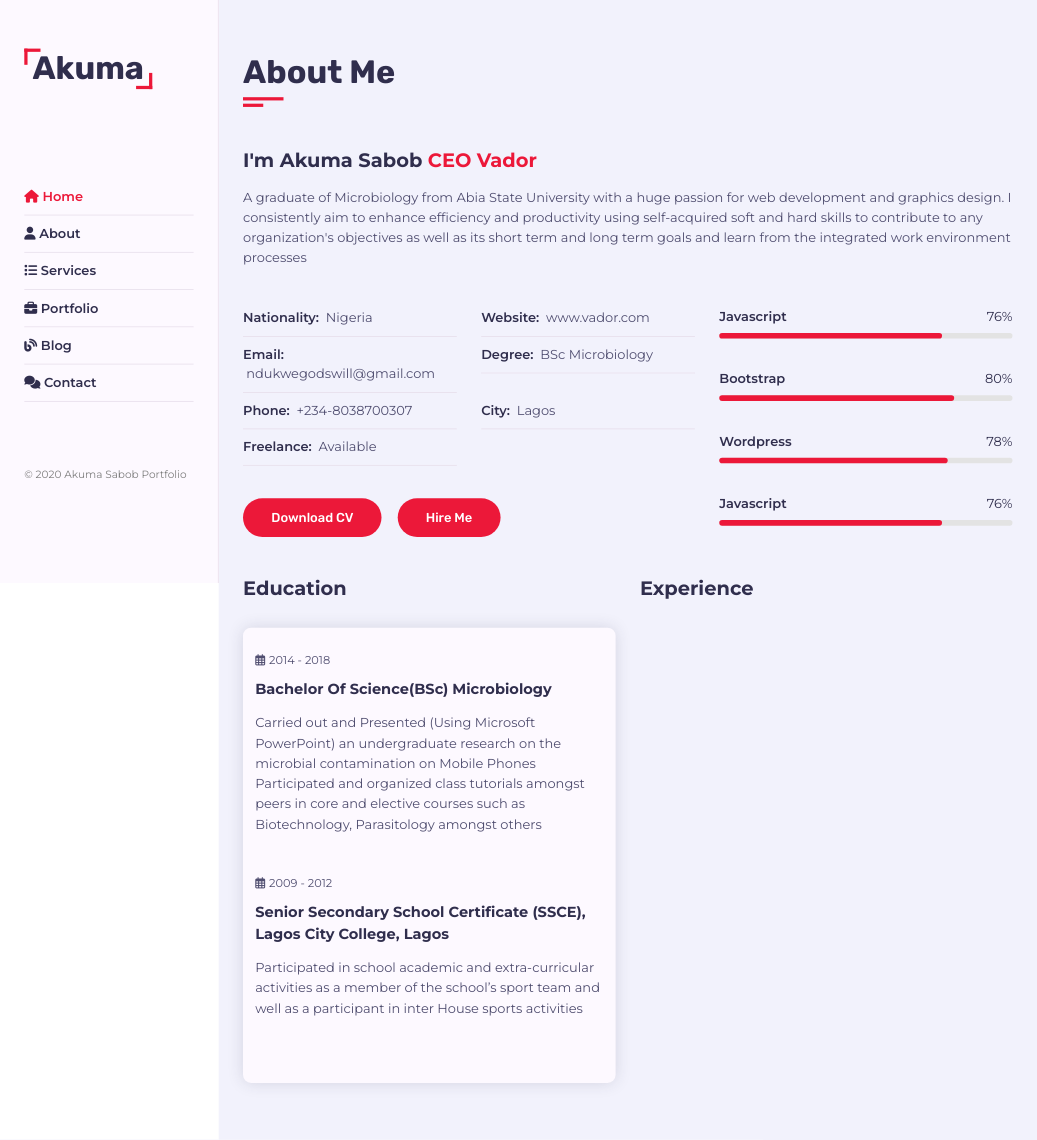
Repository: Akuma001/MY-Portfolio
Page: index.html
The author's editor kept a copy of each file at every save. The page is drawn from the files as they stood at one save, then again after the next save.
The browser window is 1280 px wide. The pictures show the whole page, at 81% of full size.
Some web libraries are served in a nearby version.

Above is the page before, as saved 2020-12-13 23:31:23.

### index.html
<!DOCTYPE html>
<html lang="en">
<head>
  <title>Akuma Sabob</title>
  <meta charset="utf-8">
  <meta name="viewport" content="width=device-width, initial-scale=1">
   <!-- Template css Files -->
	<link rel="stylesheet" href="./css/style.css" type="text/css">
  <link rel="stylesheet" href="./css/skins/pink.css" type="text/css">
  <!-------Favcon icon-------->
  <link href="./images/favicon.ico" rel="icon" type="image/x-icon" />
  <!------------Font-Awesome---------------->
  <script src="https://kit.fontawesome.com/bd6f97032f.js" crossorigin="anonymous"></script>
</head>
<body>
<!-----------Main------------->
<div class="main-container">
<!-----------Side------------->
  <div class="aside">
    <div class="logo">
      <a href="#">Akuma</a>
    </div>

     <!----------Nav toggler---------->
     <div class="nav-toggler">
       <span></span>
     </div>
     <!----------Nav toggler---------->

    <!----------Nav Bar---------->
    <ul class="nav">
      <li><a href="#" class="active"><i class="fa fa-home"></i> Home</a></li>
      <li><a href="#"><i class="fa fa-user"></i> About</a></li>
      <li><a href="#"><i class="fa fa-list"></i> Services</a></li>
      <li><a href="#"><i class="fa fa-briefcase"></i> Portfolio</a></li>
      <li><a href="#"><i class="fas fa-blog"></i> Blog</a></li>
      <li><a href="#"><i class="fa fa-comments"></i> Contact</a></li>
    </ul>
    <div class="copyright-text">
      &copy; 2020 Akuma Sabob Portfolio
    </div>

  </div>
<!-----------Side End------------->

<!-----------Main content------------->
  <div class="main-content">

    <section class="home section hidden">
      <div class="container">
        <div class="intro">
          <img src="./images/profile.jpg" alt="Profile" class="shadow-dark">
          <h1>Akuma Sabob</h1>
          <p>I'm a web-developer <br> I'm graphics designer</p>
          <div class="social-link">
            <a href="#"><i class="fa fa-twitter"></i></a>
            <a href="#"><i class="fa fa-instagram"></i></a>
            <a href="#"><i class="fa fa-linkedin"></i></a>
            <a href="#"><i class="fas fa-code-branch"></i></a>
          </div>
        </div>
      </div>
    </section>

    <!-----------About------------->

      <section class="about section">
        <div class="container">
          <div class="row">
            <div class="section-title padd-15">
              <h2>About Me</h2>
            </div>
          </div>
          <div class="row">
            <div class="about-content padd-15">
              <div class="row">
                <div class="about-text padd-15">
                  <h3>I'm Akuma Sabob <span> CEO Vador </span></h3>
                  <p>A graduate of Microbiology from Abia State University with a huge
                    passion for web development and graphics design. I consistently aim
                    to enhance efficiency and productivity using self-acquired soft and
                    hard skills to contribute to any organization's objectives as well as its
                    short term and long term goals and learn from the integrated work
                    environment processes</p>
                </div>
              </div>
              <div class="row">
                <div class="personal-info padd-15">
                  <div class="row">
                    <div class="info-item padd-15">
                      <p>Nationality: <span>Nigeria</span></p>
                    </div>
                    <div class="info-item padd-15">
                      <p>Website: <span>www.vador.com</span></p>
                    </div>
                    <div class="info-item padd-15">
                      <p>Email: <span>ndukwegodswill@gmail.com</span></p>
                    </div>
                    <div class="info-item padd-15">
                      <p>Degree: <span>BSc Microbiology</span></p>
                    </div>
                    <div class="info-item padd-15">
                      <p>Phone: <span>+234-8038700307</span></p>
                    </div>
                    <div class="info-item padd-15">
                      <p>City: <span>Lagos</span></p>
                    </div>
                    <div class="info-item padd-15">
                      <p>Freelance: <span>Available</span></p>
                    </div>
                  </div>
                  <div class="row">
                    <div class="buttons padd-15">
                      <a href="#" class="btn">Download CV</a>
                      <a href="#" class="btn">Hire Me</a>
                    </div>
                  </div>
                </div>
                <div class="skills padd-15">
                  <div class="row">
                    <div class="skill-item padd-15">
                      <h5>Javascript</h5>
                      <div class="progress">
                        <div class="progress-in" style="width: 76%;"></div>
                        <div class="skill-percent">76%</div>
                      </div>
                    </div>
                    <div class="skill-item padd-15">
                      <h5>Bootstrap</h5>
                      <div class="progress">
                        <div class="progress-in" style="width: 80%;"></div>
                        <div class="skill-percent">80%</div>
                      </div>
                    </div>
                    <div class="skill-item padd-15">
                      <h5>Wordpress</h5>
                      <div class="progress">
                        <div class="progress-in" style="width: 78%;"></div>
                        <div class="skill-percent">78%</div>
                      </div>
                    </div>
                    <div class="skill-item padd-15">
                      <h5>Javascript</h5>
                      <div class="progress">
                        <div class="progress-in" style="width: 76%;"></div>
                        <div class="skill-percent">76%</div>
                      </div>
                    </div>
                  </div>
                </div>
              </div>

              <div class="row">
                <div class="education padd-15">
                  <h3 class="title">Education</h3>
                  <div class="row">
                    <div class="timeline-box padd-15">
                    <div class="timeline shadow-dark">
                      <!-----------Timeline item------------->
                      <div class="timeline-item">
                        <div class="circle-dot"></div>
                          <h6 class="timeline-date">
                            <i class="far fa-calendar-alt"></i>2014 - 2018
                          </h6>
                          <h4 class="timeline-title">Bachelor of Science(BSc) Microbiology</h4>
                          <p class="timeline-text">
                            Carried out and Presented (Using Microsoft PowerPoint) an undergraduate research on
                            the microbial contamination on Mobile Phones <br>Participated and organized class tutorials
                            amongst peers in core and elective courses such as Biotechnology, Parasitology amongst others
                          </p>
                        </div>
                         <!-----------Timeline item End------------->
                         <!-----------Timeline item------------->
                      <div class="timeline-item">
                        <div class="circle-dot"></div>
                          <h6 class="timeline-date">
                            <i class="far fa-calendar-alt"></i>2009 - 2012
                          </h6>
                          <h4 class="timeline-title">Senior Secondary School Certificate (SSCE), Lagos City College, Lagos</h4>
                          <p class="timeline-text">
                            Participated in school academic and extra-curricular activities as a member of the school’s
                            sport team and well as a participant in inter House sports activities
                          </p>
                        </div>
                         <!-----------Timeline item End------------->
                      </div>
                    </div>
                  </div>
                </div>
                <div class="experience padd-15">
                    <h3 class="title">Experience</h3>
                </div>
              </div>

            </div>
          </div>
        </div>
      </section>

    <!-----------About End------------->
  </div>
<!-----------Main content End------------->
</div>
<!-----------Main------------->
</body>
</html>

### css/style.css

 /*Font Awesome Free Icon*/
 @import url("https://stackpath.bootstrapcdn.com/font-awesome/4.7.0/css/font-awesome.min.css");
 /*Google fonts*/
 @import url('https://fonts.googleapis.com/css?family=Montserrat:400,500,600,700&display=swap');
 @import url('https://fonts.googleapis.com/css?family=Rubik:500,700,900&display=swap');


body{
    margin: 0;
    line-height: 1.5;
    font-size: 16px;
    font-family: 'Montserrat', sans-serif;
    font-weight: 400;
}
*{
    margin: 0;
    padding: 0;
    outline: none;
    text-decoration: none;
    box-sizing: border-box;
}
::before, ::after{
    box-sizing: border-box;
}

.section{
    background-color: #f2f2fc;
    min-height: 100vh;
    display: block;
    padding: 0 30px;
}
.section .container{
    padding-top: 60px;
    padding-bottom: 70px;
}
.section-title{
    -ms-flex: 0 0 100%;
    flex: 0 0 100%;
    max-width: 100%;
    margin-bottom: 60px;
}
.section-title h2{
    font-size: 40px;
    color: #302e4d;
    font-family: 'Rubik', sans-serif;
    font-weight: 700;
    margin: 0;
    position: relative;
}
.section-title h2::before{
    content: '';
    height: 4px;
    width: 50px;
    position: absolute;
    top: 100%;
    left: 0;
}
.section-title h2::after{
    content: '';
    height: 4px;
    width: 25px;
    position: absolute;
    top: 100%;
    left: 0;
    margin-top: 8px;
}
.row{
    display: -ms-flexbox;
    display: flex;
    -ms-flex-wrap: wrap;
    flex-wrap: wrap;
    margin-right: -15px;
    margin-left: -15px;
    position: relative;
}
.padd-15{
    padding-left: 15px;
    padding-right: 15px;
}
.main-content{
    padding-left: 270px;
}

.container{
    max-width: 1100px;
    width: 100%;
    margin: auto;
}
.shadow-dark{
    -webkit-box-shadow: 0 0 20px rgba(48, 46, 77, 0.15);
    box-shadow: 0 0 20px rgba(48, 46, 77, 0.15);
}
.btn{
    font-size: 16px;
    font-family: 'Rubik', sans-serif;
    font-weight: 500;
    padding: 12px 35px;
    color: #ffffff;
    border-radius: 40px;
    -webkit-transition: all 0.3s ease;
    transition: all 0.3s ease;
    display: inline-block;
    white-space: nowrap;
}
.btn:hover{
    -webkit-transform: scale(1.05);
    transform: scale(1.05);
}
.hidden{
    display: none !important;
}

 /*    aside  */
 .aside{
     width: 270px;
     background-color: #fdf9ff;
     position: fixed;
     height: 100%;
     left: 0;
     top: 0;
     z-index: 10;
     border-right: 1px solid #e8dfec;
     padding: 30px;
 }


 .aside .logo{
    padding: 30px 0;
 }
 .aside .logo a{
     font-size: 40px;
     color: #302e4d;
     font-family: 'Rubik', sans-serif;
     font-weight: 700;
     text-decoration: none;
     display: inline-block;
     position: relative;
     padding: 0 10px;
     line-height: 50px;
 }
 .aside .logo a::before{
     content: '';
     height: 20px;
     width: 20px;
     position: absolute;
     top: 0;
     left: 0;
 }
 .aside .logo a::after{
    content: '';
    height: 20px;
    width: 20px;
    position: absolute;
    bottom: 0;
    right: 0;
 }
 .aside .nav-toggler{
     height: 40px;
     width: 45px;
     border: 1px solid #d4d4e3;
     cursor: pointer;
     position: fixed;
     left: 300px;
     top: 30px;
     z-index: 11;
     border-radius: 5px;
     background-color: #fdf9ff;
     /*
     display: -ms-flexbox;
     display: flex;
     */
     display: none;
     -ms-flex-align: center;
     align-items: center;
     -ms-flex-pack: center;
     justify-content: center;
 }
 .aside .nav-toggler span{
    height: 2px;
    width: 18px;
    display: inline-block;
    position: relative;
 }
 .aside .nav-toggler span::before{
     content: '';
     height: 2px;
     width: 18px;
     position: absolute;
     top: -6px;
     left: 0;
 }
 .aside .nav-toggler span::after{
    content: '';
    height: 2px;
    width: 18px;
    position: absolute;
    top: 6px;
    left: 0;
}
 .aside .nav{
    list-style: none;
     margin: 80px 0;
     padding: 0;
 }
 .aside .nav li{
     display: block;
 }
 .aside .nav li a{
     font-size: 16px;
     font-weight: 600;
     color: #302e4d;
     text-decoration: none;
     line-height: 45px;
     display: block;
     border-bottom: 1px solid #e8dfec;
     -webkit-transition: all 0.3s ease;
     transition: all 0.3s ease;
     text-transform: capitalize;
 }
 .aside .nav li a:not(.active):hover{
     padding-left: 5px;
 }
 .aside .nav li a fa{
     margin-right: 5px;
 }
 .aside .copyright-text{
    font-size: 13px;
    color: #7d7d7d;
 }

 /*    Home      */

 .home{
     min-height: 100vh;
     display: -ms-flexbox;
     display: flex;
 }

 .home .intro{
     text-align: center;
 }

 .home .intro img{
     height: 200px;
     width: 200px;
     border-radius: 50%;
     display: inline-block;
     border: 8px solid #ffffff;
 }

 .home .intro h1{
     font-size: 30px;
     color: #302e4d;
     font-family: 'Rubik', sans-serif;
     font-weight: 700;
     margin: 20px 0 5px;
 }
 .home .intro p{
     font-size: 16px;
     font-weight: 500;
     margin: 0%;
     line-height: 22px;
     color: #504e70;
 }

 .home .intro .social-link{
     margin-top: 25px;
 }

 .home .intro .social-link a{
     height: 35px;
     width: 35px;
     display: inline-block;
     text-align: center;
     line-height: 35px;
     color: #ffffff;
     margin: 0 4px;
     border-radius: 50%;
     text-decoration: none;
     -webkit-transition: all 0.3s ease;
     transition: all 0.3s ease;
 }

 .home .intro .social-link a:hover{
    -webkit-transform: scale(1.1);
    transform: scale(1.1);
 }


 /*      About Section     */

.about .about-content{
    -ms-flex: 0 0 100%;
    flex: 0 0 100%;
    max-width: 100%;
}
.about .about-content .about-text{
    -ms-flex: 0 0 100%;
    flex: 0 0 100%;
    max-width: 100%;
}
.about .about-content .about-text h3{
    font-size: 24px;
    margin-bottom: 15px;
    font-weight: 700;
    color: #302e4d;
}
.about .about-content .about-text p{
    font-size: 16px;
    line-height: 25px;
    color: #504e70;
    margin: 0;
}

.about .about-content .personal-info{
    /* background-color: red; */
    -ms-flex: 0 0 60%;
    flex: 0 0 60%;
    max-width: 60%;
    margin-top: 40px;
}
.about .about-content .personal-info .info-item{
    -ms-flex: 0 0 50%;
    flex: 0 0 50%;
    max-width: 50%;
}
.about .about-content .personal-info .info-item p{
    font-weight: 600;
    padding: 10px 0;
    font-size: 16px;
    color: #302e4d;
    margin: 0;
    border-bottom: 1px solid #e8dfec;

}
.about .about-content .personal-info .info-item p span{
    font-weight: 400;
    color: #504e70;
    margin-left: 4px;
    display: inline-block;
}
.about .about-content .personal-info .buttons{
    margin-top: 30px;
}
.about .about-content .personal-info .buttons .btn{
    margin-right: 15px;
    margin-top: 10px;
}
.about .about-content .skills{
    /* background-color: blue; */
    -ms-flex: 0 0 40%;
    flex: 0 0 40%;
    max-width: 40%;
    margin-top: 40px;
}

.about .about-content .skills .skill-item{
    -ms-flex: 0 0 100%;
    flex: 0 0 100%;
    max-width: 100%;
}

.about .about-content .skills .skill-item h5{
    line-height: 40px;
    font-weight: 600;
    font-size: 16px;
    color: #302e4d;
    text-transform: capitalize;
    margin: 0;
}
.about .about-content .skills .skill-item .progress{
    background-color: #e3e3e3;
    height: 7px;
    border-radius: 4px;
    width: 100%;
    position: relative;
}
.about .about-content .skills .skill-item{
    margin-bottom: 30px;
}
.about .about-content .skills .skill-item .progress .progress-in{
    position: absolute;
    left: 0;
    top: 0;
    height: 100%;
    border-radius: 4px;
}
.about .about-content .skills .skill-item .skill-percent{
    /* display: none; */
    line-height: 40px;
    position: absolute;
    right: 0;
    color: #302e4d;
    top: -40px;
    font-weight: 400;
}

.about .about-content .education{
    -ms-flex: 0 0 50%;
    flex: 0 0 50%;
    max-width: 50%;
    margin-top: 30px;
}
.about .about-content .experience{
    -ms-flex: 0 0 50%;
    flex: 0 0 50%;
    max-width: 50%;
    margin-top: 30px;
}

.about .about-content h3.title{
    font-size: 24px;
    margin-bottom: 30px;
    font-weight: 700;
    color: #302e4d;
}

.about .about-content .timeline-box{
    -ms-flex: 0 0 100%;
    flex: 0 0 100%;
    max-width: 100%;
}
.about .about-content .timeline{
    background-color: #fdf9ff;
    padding: 30px 15px;
    border: ipx solid #d4d4e3;
    border-radius: 10px;
    width: 100%;
    position: relative;
}

.about .about-content .timeline::before{
    width: 1px;
    position: absolute;
    height: 100%;
    left: 0;
}
.about .about-content .timeline .circle-dot{}
.about .about-content .timeline .timeline-date{
   font-size: 14px;
   font-weight: 400;
   margin-bottom: 12px;
   color: #504e70;
}
.about .about-content .timeline .timeline-date .far{
    margin-right: 5px;
}
.about .about-content .timeline .timeline-title{
    font-weight: 700;
    font-size: 18px;
    margin-bottom: 15px;
    text-transform: capitalize;
    color: #302e4d;
}
.about .about-content .timeline .timeline-text{
    font-size: 16px;
    line-height: 25px;
    color: #504e70;
    margin: 0;
    padding-bottom: 50px;
}

### css/skins/pink.css
.aside .logo a::before{
    border-top: 4px solid #ec1839;
    border-left: 4px solid #ec1839;
}

.aside .logo a::after{
    border-right: 4px solid #ec1839;
    border-bottom: 4px solid #ec1839;
}

.about .about-content .about-text h3 span,
.aside .nav li a:hover,
.aside .nav li a.active{
    color: #ec1839;
}

.about .about-content .timeline::before,
.about .about-content .skills .skill-item .progress .progress-in,
.btn,
.section-title h2::after,
.section-title h2::before,
.aside .nav-toggler span,
.aside .nav-toggler span::before,
.aside .nav-toggler span::after,
.home .intro .social-link a{
    background-color: #ec1839;
}

After the next save:
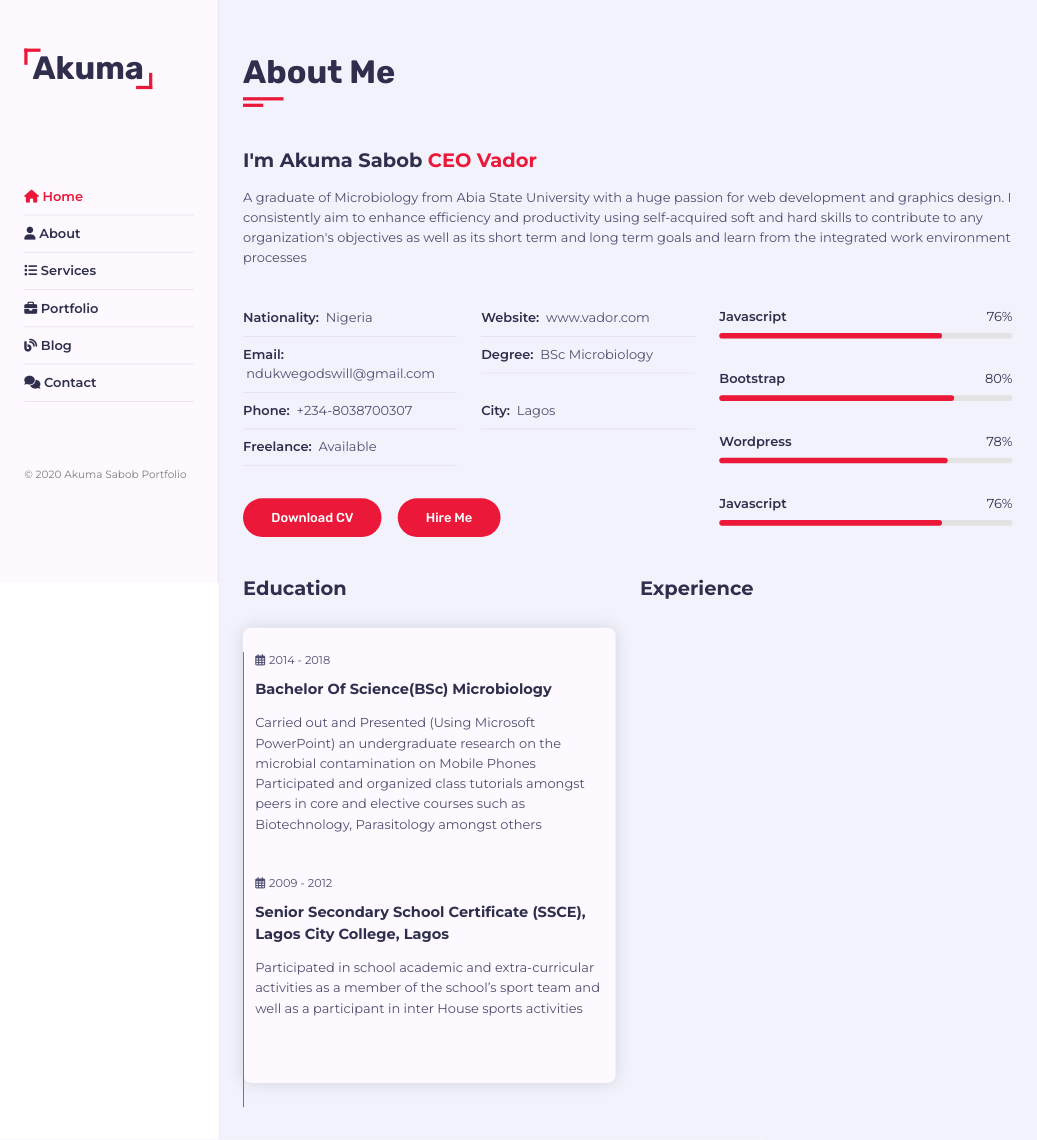
Saved 39 s later.
--- a/css/style.css
+++ b/css/style.css
@@ -431,6 +431,7 @@
 }
 
 .about .about-content .timeline::before{
+    content: '';
     width: 1px;
     position: absolute;
     height: 100%;
